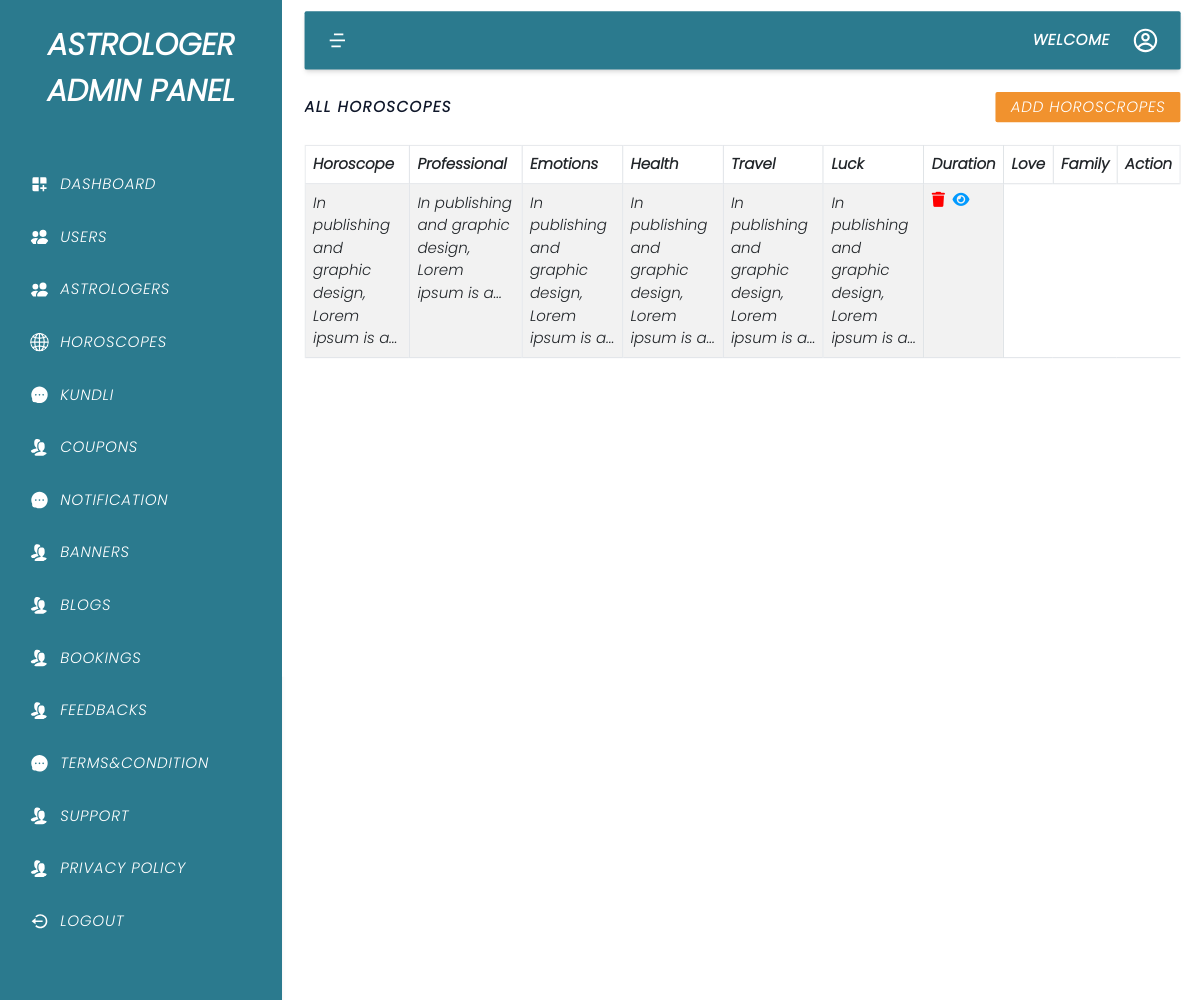
Repository: FlyweisReact/Hariom-Admin-Panel
Page: /horo
These files come from the project's save history. The page is drawn as it stood at one moment and after the next save; the edit follows.
The browser window is 1280 px wide. The pictures show the whole page, at 94% of full size.
The page's requests for data from a server got no answer. Some web libraries are served in a nearby version. The project was rebuilt for these pictures with package versions that can differ from the ones it lists, and the page was loaded fresh each time. No one was signed in, and anything a server would have sent is missing. Also part of the build but not shown: src/vendorPanel/forms/VendorLogin.jsx, src/vendorPanel/pages/AdminDiscount.js, src/vendorPanel/pages/AdminReview.js, src/vendorPanel/pages/Astrologers.js, src/vendorPanel/pages/Banners.js, src/vendorPanel/pages/Booking.js, src/vendorPanel/pages/Kundli.js, src/vendorPanel/pages/Message.js and 23 more.

Above is the page before, as saved 2023-04-18 13:22:06.

### public/index.html
<!-- @format -->

<!DOCTYPE html>
<html lang="en">
  <head>
    <meta charset="utf-8" />
    <meta name="viewport" content="width=device-width, initial-scale=1" />
    <meta name="theme-color" content="#000000" />
    <meta
      name="description"
      content="Web site created using create-react-app"
    />
    <link rel="apple-touch-icon" href="%PUBLIC_URL%/favicon.ico?v=2" />
    <link rel="manifest" href="%PUBLIC_URL%/manifest.json" />
    <link rel="preconnect" href="https://fonts.googleapis.com">
<link rel="preconnect" href="https://fonts.gstatic.com" crossorigin>
<link href="https://fonts.googleapis.com/css2?family=Roboto+Mono:ital,wght@1,300&display=swap" rel="stylesheet">
    <title>HariOm</title>
  </head>
  <body>
    <noscript>You need to enable JavaScript to run this app.</noscript>
    <div id="root"></div>
    <script src="https://code.jquery.com/jquery-3.6.0.min.js"></script>
    <script src="https://kit.fontawesome.com/b533b351e4.js" crossorigin="anonymous"></script>
  </body>
</html>

### src/index.js
import React from "react";
import ReactDOM from "react-dom/client";
import "./index.css";
import App from "./App";
import { BrowserRouter } from "react-router-dom";
import 'bootstrap/dist/css/bootstrap.min.css'

const root = ReactDOM.createRoot(document.getElementById("root"));
root.render(
  <React.StrictMode>
    <BrowserRouter>
      <App />
    </BrowserRouter>
  </React.StrictMode>
);

### src/index.css
/** @format */

@tailwind base;
@tailwind components;
@tailwind utilities;
@import url("https://fonts.googleapis.com/css2?family=Roboto+Mono:ital,wght@1,300&display=swap");
@font-face {
  font-family: Roboto;
  src: url("./Fonts/Poppins-LightItalic.ttf");
}
body {
  margin: 0;
  font-family: Roboto !important;
  -webkit-font-smoothing: antialiased;
  -moz-osx-font-smoothing: grayscale;
}

code {
  font-family: Roboto !important;
}

html {
  font-family: Roboto !important;
}

::-webkit-scrollbar {
  width: 10px;
}
.fa-trash {
  color: red;
  cursor: pointer;
}

.iCOn {

  transition: 0.5s;
  box-shadow: none;
  transform: scale(1);
}
.cardDiv{
  cursor: pointer;
}

.cardDiv:hover .iCOn{
  box-shadow: rgba(0, 0, 0, 0.35) 0px 5px 15px;
  transform: scale(1.3);
}

/* Track */
::-webkit-scrollbar-track {
  background: #f1f1f1;
}

/* Handle */
::-webkit-scrollbar-thumb {
  background: #888;
}

/* Handle on hover */
::-webkit-scrollbar-thumb:hover {
  background: #555;
}
.profileImage {
  width: 100px;
}
.fa-eye {
  color: #029aff;
  cursor: pointer;
}
.fa-edit {
  cursor: pointer;
  color: blue;
}

.View {
  border: 1px solid black;
  width: 100%;
  padding: 10px;
}

.main-card--container {
  display: grid;
  grid-template-columns: repeat(3, minmax(300px, 500px));
  grid-gap: 50px;
  justify-content: space-around;
}
.card-container {
  margin: 25px 0 auto;
  box-shadow: rgba(0, 0, 0, 0.35) 0px 5px 15px;
  position: relative;
  display: grid;
  grid-template-columns: 1fr;
  justify-content: space-around;
  align-items: flex-start;
}

.myEdit:focus {
  box-shadow: rgba(0, 0, 0, 0.35) 0px 5px 15px;
}



.AstroLogin{
  color: #fff;
  background-color: #2b7a8e;
  padding: 10px;
  width: 380px;
  text-align: center;
  font-size: 20px;
  background: linear-gradient(to left, #2b7a8e 50%, #fff 50%) right;
  background-size: 200%;
  transition: 0.5s ease-out;
  border: 1px solid #2b7a8e;
  margin-top: 10px;
  text-transform: uppercase;
}
.AstroLogin:hover {
  background-position: left;
  color: #2b7a8e;
}

.EcommerceAdminLogin{
  color: #fff;
  background-color: #19376d ;
  padding: 10px;
  width: 380px;
  text-align: center;
  font-size: 20px;
  background: linear-gradient(to left, #19376d 50%, #fff 50%) right;
  background-size: 200%;
  transition: 0.5s ease-out;
  border: 1px solid #19376d;
  margin-top: 10px;
  text-transform: uppercase;
}

.EcommerceAdminLogin:hover{
  background-position: left;
  color: #19376d;
}
.EcommerceVendorLogin{
  color: #fff;
  background-color: #576cbc;
  padding: 10px;
  width: 380px;
  text-align: center;
  font-size: 20px;
  background: linear-gradient(to left, #576cbc 50%, #fff 50%) right;
  background-size: 200%;
  transition: 0.5s ease-out;
  border: 1px solid #576cbc;
  margin-top: 10px;
  text-transform: uppercase;
}

.EcommerceVendorLogin:hover{
  background-position: left;
  color: #576cbc;
}

### src/vendorPanel/pages/Horoscope.js
/** @format */

import React, { useEffect, useState } from "react";
import HOC from "../layout/HOC";
import { Table, Modal, Form, Button } from "react-bootstrap";
import { toast } from "react-toastify";
import axios from "axios";

const Horoscope = () => {
  const [modalShow, setModalShow] = React.useState(false);
  const [edit, setEdit] = useState(false);

  const [data, setData] = useState([]);

  const fetchData = async () => {
    try {
      const { data } = await axios.get(
        "https://xlweh818ib.execute-api.ap-south-1.amazonaws.com/dev/horoscope"
      );
      setData(data)
    } catch (e) {
      console.log(e);
    }
  };


  useEffect(() => {
    fetchData()
  },[])

  function MyVerticallyCenteredModal(props) {
    return (
      <Modal
        {...props}
        size="lg"
        aria-labelledby="contained-modal-title-vcenter"
        centered
      >
        <Modal.Header closeButton>
          <Modal.Title
            id="contained-modal-title-vcenter"
            style={{ textTransform: "uppercase" }}
          >
            {" "}
            Add Horoscope
          </Modal.Title>
        </Modal.Header>
        <Modal.Body>
          {edit ? (
            <>
              <p className="View">
                {" "}
                <strong>Professional</strong> : In publishing and graphic
                design, Lorem ipsum is a placeholder text commonly used to
                demonstrate the visual form of a document or a typeface without
                relying on meaningful content. Lorem ipsum may be used as a
                placeholder before final copy is available{" "}
              </p>
              <p className="View">
                {" "}
                <strong>Emotions</strong> : In publishing and graphic design,
                Lorem ipsum is a placeholder text commonly used to demonstrate
                the visual form of a document or a typeface without relying on
                meaningful content. Lorem ipsum may be used as a placeholder
                before final copy is available{" "}
              </p>
              <p className="View">
                {" "}
                <strong>Health</strong> : In publishing and graphic design,
                Lorem ipsum is a placeholder text commonly used to demonstrate
                the visual form of a document or a typeface without relying on
                meaningful content. Lorem ipsum may be used as a placeholder
                before final copy is available{" "}
              </p>
              <p className="View">
                {" "}
                <strong>Finance</strong> : In publishing and graphic design,
                Lorem ipsum is a placeholder text commonly used to demonstrate
                the visual form of a document or a typeface without relying on
                meaningful content. Lorem ipsum may be used as a placeholder
                before final copy is available{" "}
              </p>
              <p className="View">
                {" "}
                <strong>Love</strong> : In publishing and graphic design, Lorem
                ipsum is a placeholder text commonly used to demonstrate the
                visual form of a document or a typeface without relying on
                meaningful content. Lorem ipsum may be used as a placeholder
                before final copy is available{" "}
              </p>
              <p className="View">
                {" "}
                <strong>Family</strong> : In publishing and graphic design,
                Lorem ipsum is a placeholder text commonly used to demonstrate
                the visual form of a document or a typeface without relying on
                meaningful content. Lorem ipsum may be used as a placeholder
                before final copy is available{" "}
              </p>
            </>
          ) : (
            <Form>
              <Form.Group className="mb-3">
                <Form.Label>Professional</Form.Label>
                <Form.Control type="text" />
              </Form.Group>
              <Form.Group className="mb-3">
                <Form.Label>Emotions</Form.Label>
                <Form.Control type="text" />
              </Form.Group>
              <Form.Group className="mb-3">
                <Form.Label>Health</Form.Label>
                <Form.Control type="text" />
              </Form.Group>
              <Form.Group className="mb-3">
                <Form.Label>Finance</Form.Label>
                <Form.Control type="text" />
              </Form.Group>
              <Form.Group className="mb-3">
                <Form.Label>Love</Form.Label>
                <Form.Control type="text" />
              </Form.Group>
              <Form.Group className="mb-3">
                <Form.Label>Family</Form.Label>
                <Form.Control type="text" />
              </Form.Group>
              <Button variant="outline-success" type="submit">
                Submit
              </Button>
            </Form>
          )}
        </Modal.Body>
      </Modal>
    );
  }

  const Lorem =
    "In publishing and graphic design, Lorem ipsum is a placeholder text commonly used to demonstrate the visual form of a document or a typeface without relying on meaningful content. Lorem ipsum may be used as a placeholder before final copy is available  ";

  return (
    <>
      <MyVerticallyCenteredModal
        show={modalShow}
        onHide={() => setModalShow(false)}
      />

      <section>
        <div className="pb-4 sticky top-0  w-full flex justify-between items-center bg-white">
          <span className="tracking-widest text-slate-900 font-semibold uppercase ">
            ALl Horoscopes
          </span>
          <button
            onClick={() => {
              setEdit(false);
              setModalShow(true);
            }}
            className="md:py-2 px-3 md:px-4 py-1 rounded-sm bg-[rgb(241,146,46)] text-white tracking-wider"
            style={{ textTransform: "uppercase" }}
          >
            Add Horoscropes
          </button>
        </div>

        <Table striped bordered hover>
          <thead>
            <tr>
              <th>Horoscope</th>
              <th>Professional</th>
              <th>Emotions</th>
              <th>Health</th>
              <th>Travel</th>
              <th>Luck</th>
              <th>Duration</th>
              <th>Love</th>
              <th>Family</th>
              <th>Action</th>
            </tr>
          </thead>
          <tbody>
          {data?.details?.map((i , index) => (
            <tr key={index}>
              <td> {i.horoScope} </td>
              <td> {i.PROFESSION} </td>
              <td> {i.EMOTIONS} </td>
              <td> {i.HEALTH} </td>
              <td> {i.TRAVEL} </td>
              <td> {i.LUCK} </td>
              <td> {i.duration} </td>
              <td> {i.rashi} </td>
              <td> {i.date} </td>
            </tr>
          ))}
            <tr>
              <td> {Lorem.substring(0, 50) + "..."} </td>
              <td> {Lorem.substring(0, 50) + "..."} </td>
              <td> {Lorem.substring(0, 50) + "..."} </td>
              <td> {Lorem.substring(0, 50) + "..."} </td>
              <td> {Lorem.substring(0, 50) + "..."} </td>
              <td> {Lorem.substring(0, 50) + "..."} </td>
              <td>
                <span className="d-flex gap-2">
                  <i
                    className="fa-solid fa-trash"
                    onClick={() =>
                      toast.success("Horoscope Deleted Successfully")
                    }
                  />
                  <i
                    className="fa-solid fa-eye"
                    onClick={() => {
                      setEdit(true);
                      setModalShow(true);
                    }}
                  />
                </span>
              </td>
            </tr>
          </tbody>
        </Table>
      </section>
    </>
  );
};

export default HOC(Horoscope);

### src/vendorPanel/layout/HOC.jsx
import React, { useState } from "react";
import Navbar from "./Navbar";
import Sidebar from "./Sidebar";

const HOC = (Wcomponenet) => {
  return function Component() {
    const [hamb, setHamb] = useState(false);
    return (
      <>
        <section className="flex overflow-x-hidden relative">
          {/* Sidebar */}
          <div
            className={
              hamb
                ? " absolute top-0 z-30 md:w-auto shadow-md bg-slate-200  w-60 transition-all md:-left-full left duration-150  h-auto overflow-y-auto  left-0 "
                : " md:w-72 z-30 bg-slate-200  shadow-md  md:static absolute top-0 -left-full   transition-all duration-150  overflow-y-auto h-auto"
            }
            style={{minWidth : '300px'}}
          >
            <Sidebar hamb={hamb} setHamb={setHamb} />
          </div>
          {/* Components & Navbar */}
          <div
            className={
              hamb
                ? " transition-all px-4 py-2  bg-white duration-150 w-full h-screen"
                : " w-full h-screen  px-4 py-2  bg-white z-50 transition-all duration-150 "
            }
          >
            <Navbar hamb={hamb} setHamb={setHamb} />
            <div className="my-6 text-#000 h-[87%] wcomp overflow-y-auto">
              <Wcomponenet />
            </div>
          </div>
        </section>
      </>
    );
  };
};

export default HOC;

### src/vendorPanel/layout/Navbar.jsx
/** @format */

import { RiMenu4Line } from "react-icons/ri";
import { CgProfile } from "react-icons/cg";
import Form from "react-bootstrap/Form";
import { useState } from "react";
import Button from "react-bootstrap/Button";
import Modal from "react-bootstrap/Modal";
import Container from "react-bootstrap/Container";

function MyVerticallyCenteredModal(props) {
  return (
    <Modal
      {...props}
      size="lg"
      aria-labelledby="contained-modal-title-vcenter"
      centered
    >
      <Modal.Header closeButton>
        <Modal.Title id="contained-modal-title-vcenter">
          Edit Profile
        </Modal.Title>
      </Modal.Header>
      <Modal.Body>
        <Container style={{ width: "600px" }}>
          <Form>
            <Form.Group className="mb-3" controlId="formBasicEmail">
              <Form.Label>Name</Form.Label>
              <Form.Control type="text" placeholder="Admin" />
            </Form.Group>
            <Form.Group className="mb-3" controlId="formBasicPassword">
              <Form.Label>Email Address</Form.Label>
              <Form.Control type="email" placeholder="admin@gmail.com" />
            </Form.Group>
            <Form.Group className="mb-3" controlId="formBasicPassword">
              <Form.Label>Password</Form.Label>
              <Form.Control type="password" placeholder="Password" />
            </Form.Group>
            <Button variant="outline-success" type="submit">
              Edit
            </Button>
          </Form>
        </Container>
      </Modal.Body>
    </Modal>
  );
}

const Navbar = ({ hamb, setHamb }) => {
  const [modalShow, setModalShow] = useState(false);

  return (
    <>
      <MyVerticallyCenteredModal
        show={modalShow}
        onHide={() => setModalShow(false)}
      />

      <div
        className={
          hamb
            ? "flex  w-full justify-between  my-1 rounded-sm  p-4 py-3 shadow-md items-center  bg-slate-200 space-x-4"
            : "flex  w-full justify-between my-1 rounded-sm  p-4 py-3 shadow-md items-center  bg-slate-200 space-x-4"
        }
        style={{backgroundColor : '#2b7a8e'}}
      >
        <RiMenu4Line
          onClick={() => setHamb(!hamb)}
          className="text-2xl font-bold text-gray-900 hover:scale-90 cursor-pointer"
          style={{color : '#fff'}}
        />

        <section className="flex sm:ml-auto justify-end sm:w-full items-center space-x-2  pr-2">
          <figcaption className="tracking-wider pl-1 font-semibold">
            <div className="lg:text-base text-sm text-gray-900  uppercase"    style={{color : '#fff'}}>
              Welcome
            </div>
          </figcaption>
        </section>

        <CgProfile
          onClick={() => setModalShow(true)}
          className="text-2xl sm:text-3xl font-bold text-[rgb(241,146,46)] cursor-pointer"
          style={{color : '#fff'}}
        />
      </div>
    </>
  );
};

export default Navbar;

### src/vendorPanel/layout/Sidebar.jsx
/** @format */

import React from "react";
import { RiCloseLine } from "react-icons/ri";
import { Link, useNavigate } from "react-router-dom";
import { BsFillPeopleFill } from "react-icons/bs";
import { ImUsers } from "react-icons/im";
import { BiLogOutCircle } from "react-icons/bi";
import { MdDashboardCustomize } from "react-icons/md";
import { BsGlobe2 } from "react-icons/bs";
import { AiFillMessage } from "react-icons/ai";

const Sidebar = ({ hamb, setHamb }) => {
  const navigate = useNavigate();

  const nav = [
    {
      icon: <MdDashboardCustomize className="text-xl mr-3 rounded-full " />,
      link: "/vendorDashboard",
      name: "DASHBOARD",
    },
    {
      icon: <BsFillPeopleFill className="text-xl mr-3 rounded-full " />,
      link: "/admin/users",
      name: "USERS",
    },
    {
      icon: <BsFillPeopleFill className="text-xl mr-3 rounded-full " />,
      link: "/astro",
      name: "ASTROLOGERS",
    },
    {
      icon: <BsGlobe2 className="text-xl mr-3 rounded-full " />,
      link: "/horo",
      name: " HOROSCOPES",
    },
    {
      icon: <AiFillMessage className="text-xl mr-3 rounded-full " />,
      link: "/kundli",
      name: "KUNDLI",
    },

    {
      icon: <ImUsers className="text-xl mr-3 rounded-full " />,
      link: "/AdminDiscount",
      name: "COUPONS",
    },


    {
      icon: <AiFillMessage className="text-xl mr-3 rounded-full " />,
      link: "/msg",
      name: "NOTIFICATION",
    },
    {
      icon: <ImUsers className="text-xl mr-3 rounded-full " />,
      link: "/Banners",
      name: "BANNERS",
    },
    {
      icon: <ImUsers className="text-xl mr-3 rounded-full " />,
      link: "/admin/blogs",
      name: "BLOGS",
    },
    {
      icon: <ImUsers className="text-xl mr-3 rounded-full " />,
      link: "/book",
      name: "BOOKINGS",
    },
    {
      icon: <ImUsers className="text-xl mr-3 rounded-full " />,
      link: "/adminReviews",
      name: "FEEDBACKS",
    },
    {
      icon: <AiFillMessage className="text-xl mr-3 rounded-full " />,
      link: "/admin/terms",
      name: "TERMS&CONDITION",
    },
    {
      icon: <ImUsers className="text-xl mr-3 rounded-full " />,
      link: "/admin/support",
      name: "SUPPORT",
    },
    {
      icon: <ImUsers className="text-xl mr-3 rounded-full " />,
      link: "/privacy-policy",
      name: "PRIVACY POLICY",
    },

  ];

  const logOut = () => {
    navigate("/");
  };

  return (
    <>
      <aside
        className="p-4 h-auto"
        style={{ backgroundColor: "#2b7a8e", minHeight: "100vh" }}
      >
        {/* Top */}
        <div className="w-full md:hidden relative  p-2 mb-4">
          <RiCloseLine
            onClick={() => setHamb(!hamb)}
            className="text-3xl  absolute top-2 sm:hover:rotate-[228deg] transition-transform font-bold right-2 sm:hover:text-[22px] text-[rgb(241,146,46)] cursor-pointer"
          />
        </div>{" "}
        <figure className="flex  flex-col items-center">
          <span className="font-bold text-[#fff]" style={{ fontSize: "2rem"  , textAlign : 'center'}}>
          ASTROLOGER  ADMIN PANEL
          </span>
        </figure>
        <nav className="py-6">
          {nav.map((nav) => {
            return (
              <Link
                to={nav.link}
                key={nav.name}
                className=""
                style={{ textDecoration: "none" }}
              >
                <span
                  className="flex my-3 items-center cursor-pointer text-gray-900    tracking-wider p-2 rounded-sm"
                  style={{ color: "#fff" }}
                >
                  {nav.icon} {nav.name}
                </span>
              </Link>
            );
          })}
          <span
            className="flex my-3 items-center cursor-pointer text-gray-900    tracking-wider p-2 rounded-sm"
            onClick={() => logOut()}
            style={{ color: "#fff", textTransform : 'uppercase' }}
          >
            <BiLogOutCircle className="text-xl mr-3 rounded-full " /> LogOut
          </span>
        </nav>
      </aside>
    </>
  );
};

export default Sidebar;

Loaded but not shown: tailwind.config.js (common file); src/App.js (79 lines, source omitted)

After the next save:
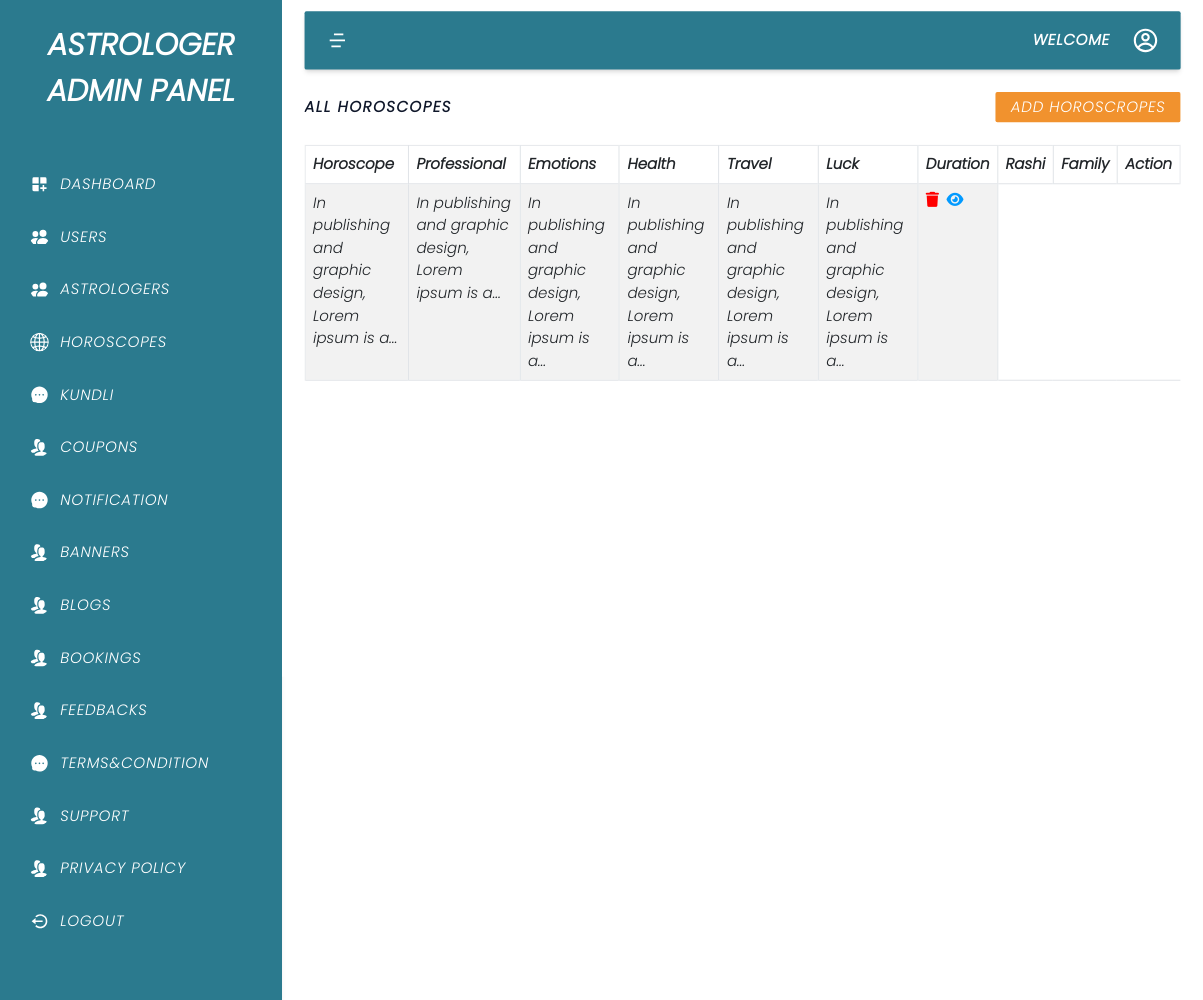
Saved 5 s later.
--- a/src/vendorPanel/pages/Horoscope.js
+++ b/src/vendorPanel/pages/Horoscope.js
@@ -170,7 +170,7 @@ const Horoscope = () => {
               <th>Travel</th>
               <th>Luck</th>
               <th>Duration</th>
-              <th>Love</th>
+              <th>Rashi</th>
               <th>Family</th>
               <th>Action</th>
             </tr>
